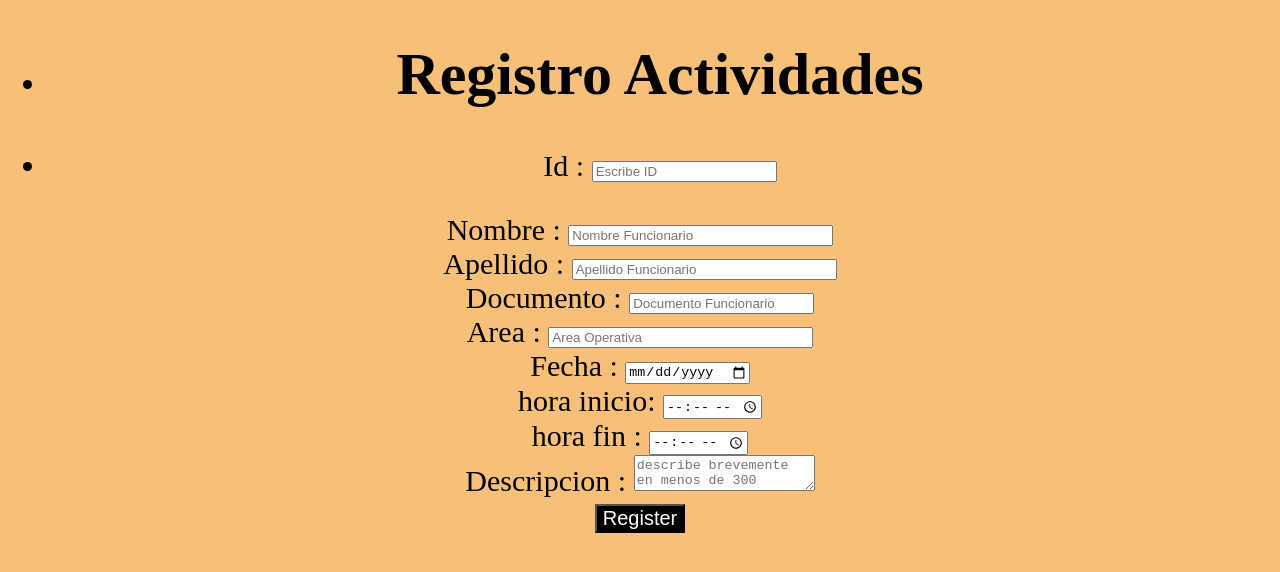
Repository: Yale2024/repo-registro-act
Page: templates/register.html
The author's editor kept a copy of each file at every save. The page is drawn from the files as they stood at one save, then again after the next save.
The browser window is 1280 px wide. The pictures show the whole page.

Above is the page before, as saved 2024-09-15 07:48:19.

After the next save:
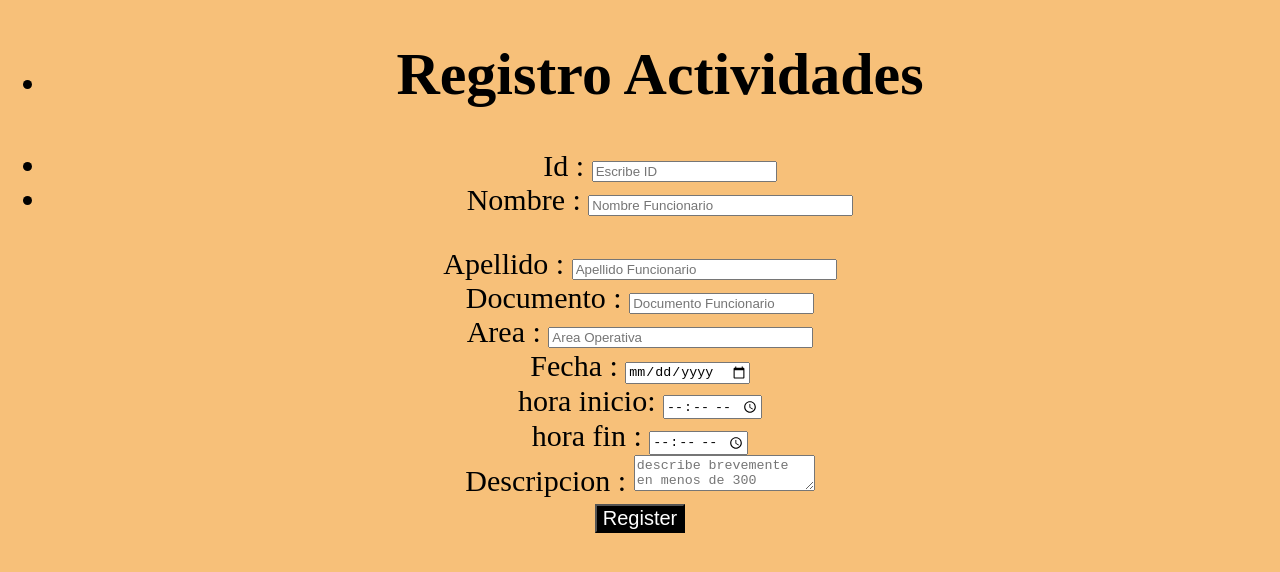
Saved 30 s later.
--- a/templates/register.html
+++ b/templates/register.html
@@ -21,11 +21,14 @@
                     <label for="id">Id :</label>
                     <input type="number"  size="30" name="id" id="Id" placeholder="Escribe ID" required /> <br>
                 </li>
+                <li>
+                    <label for="nombre">Nombre :</label>
+                    <input type="text" size="30" name="nombre" id="nombre" placeholder="Nombre Funcionario" required /> <br>
+                </li>
             </ul>
         </div>
 
-        <label for="nombre">Nombre :</label>
-        <input type="text" size="30" name="nombre" id="nombre" placeholder="Nombre Funcionario" required /> <br>
+
         <label for="apellido">Apellido :</label>
         <input type="text" size="30" name="apellido" id="apellido" placeholder="Apellido Funcionario" required /> <br>
         <label for="documento">Documento  :</label>
